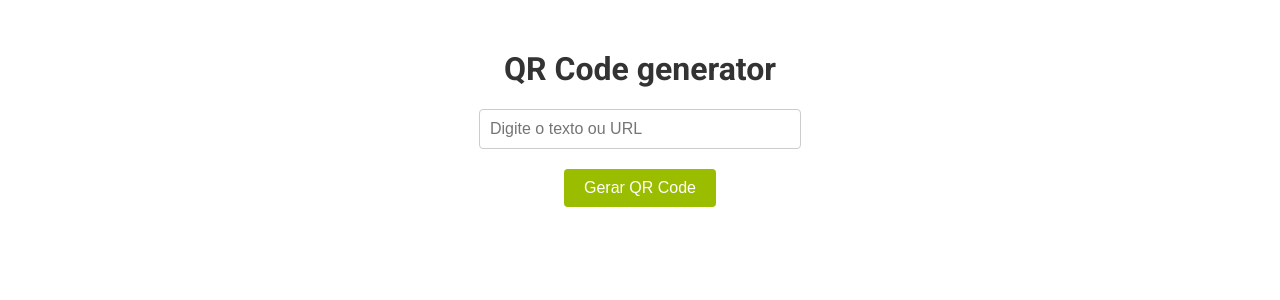
Repository: lenx0/QRCode-generator
Page: /
These files come from the project's save history. The page is drawn as it stood at one moment and after the next save; the edit follows.
The browser window is 1280 px wide. The pictures show the whole page.
The project was rebuilt for these pictures with package versions that can differ from the ones it lists, and the page was loaded fresh each time. Also part of the build but not shown: vite.config.ts.

Above is the page before, as saved 2024-06-21 12:43:37.

### index.html
<!doctype html>
<html lang="en">
  <head>
    <meta charset="UTF-8" />
    <link rel="icon" type="image/svg+xml" href="/vite.svg" />
    <meta name="viewport" content="width=device-width, initial-scale=1.0" />
    <link href="https://fonts.googleapis.com/css2?family=Roboto:wght@400;700&display=swap" rel="stylesheet">

    <title>Vite + React + TS</title>
  </head>
  <body>
    <div id="root"></div>
    <script type="module" src="/src/main.tsx"></script>
  </body>
</html>

### src/App.tsx
import QRCode from "./QRCode"
import "./App.css"

function App() {
  return (
    <QRCode />
  )
}

export default App

### src/QRCode.tsx
import React, { useState, ChangeEvent } from 'react';
import QRCode from 'qrcode.react';

const QRCodeGenerator: React.FC = () => {
  const [inputText, setInputText] = useState<string>('');
  const [qrCodeValue, setQrCodeValue] = useState<string>('');

  const handleChange = (e: ChangeEvent<HTMLInputElement>) => {
    setInputText(e.target.value);
  };

  const generateQRCode = () => {
    setQrCodeValue(inputText);
  };

  return (
    <div style={{ textAlign: 'center', marginTop: '50px' }}>
      <h1>QR Code generator</h1>
      <input
        type="text"
        value={inputText}
        onChange={handleChange}
        placeholder="Digite o texto ou URL"
        style={{ padding: '10px', width: '300px', marginBottom: '20px' }}
      />
      <br />
      <button onClick={generateQRCode} style={{ padding: '10px 20px', cursor: 'pointer' }}>
        Gerar QR Code
      </button>
      <div style={{ marginTop: '30px' }}>
        {qrCodeValue && <QRCode value={qrCodeValue} />}
      </div>
    </div>
  );
};

export default QRCodeGenerator;

### src/App.css
body {
  font-family: 'Roboto', sans-serif;
}

.App {
  display: flex;
  justify-content: center;
  align-items: center;
  height: 100vh;
  background-color: #f0f0f0;
}

h1 {
  color: #333;
}

input {
  font-size: 16px;
  border: 1px solid #ccc;
  border-radius: 4px;
}

button {
  font-size: 16px;
  border: none;
  border-radius: 4px;
  background-color: #9abd00;
  color: white;
}

button:hover {
  background-color: #0056b3;
}

Loaded but not shown: src/main.tsx (common file); src/index.css (common file)

After the next save:
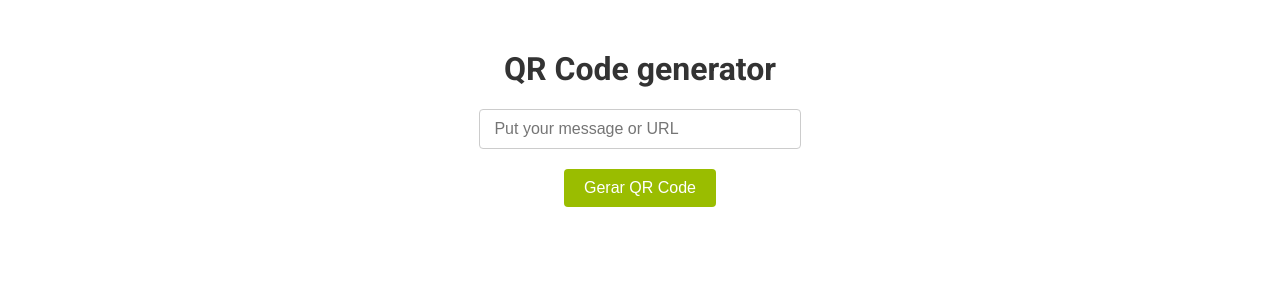
Saved 9 s later.
--- a/src/QRCode.tsx
+++ b/src/QRCode.tsx
@@ -20,7 +20,7 @@ const QRCodeGenerator: React.FC = () => {
         type="text"
         value={inputText}
         onChange={handleChange}
-        placeholder="Digite o texto ou URL"
+        placeholder=" Put your message or URL"
         style={{ padding: '10px', width: '300px', marginBottom: '20px' }}
       />
       <br />
